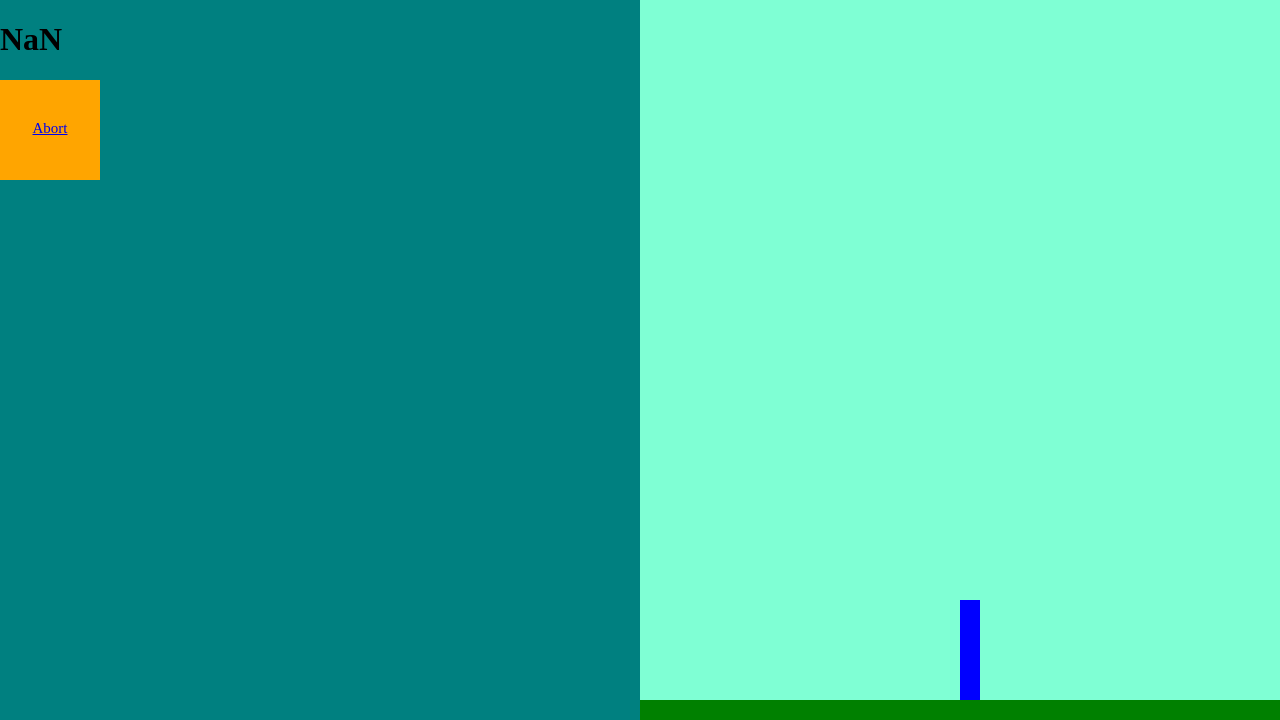
Repository: alcarrizo/Rocket-launch
Page: index.html
These files come from the project's save history. The page is drawn as it stood at one moment and after the next save; the edit follows.
The browser window is 1280 px wide. The pictures show the whole page.
After loading, the first visible `a.button` was clicked once.

Above is the page before, as saved 2022-10-19 21:24:47.

### index.html
<!DOCTYPE html>
<html lang="en">
<head>
    <meta charset="UTF-8">
    <meta http-equiv="X-UA-Compatible" content="IE=edge">
    <meta name="viewport" content="width=device-width, initial-scale=1.0">
    <title>Rocket Launch sequence</title>
    <script type="text/javascript" src="js/script.js"> </script>
    <link rel="stylesheet" href="css/style.css">
</head>
<body class="body-state1" id="body">
    <div class="left">
        <div class="state1">
            <h1>JS Rocket Launch!</h1>
            <a href="#" class="button" onclick="changeState(2);">Launch</a>
        </div>
        <div class="state2">
            <h1 class="countdown" id="countdown">10</h1>
            <a href="#" class="button" onclick="changeState(1);">Abort</a>
        </div>
        <div class="state3">
            <h1>Lift Off!</h1>
        </div>
        <div class="state4">
            <h1>Well done!</h1>
            <a href="#" class="button" onclick="changeState(1);">Do it again</a>
        </div>
        <div class="state5">
            <h1>Oh No!!!!</h1>
            <a href="#" class="button" onclick="changeState(1);">Try Again!</a>
        </div>
    </div>

    <div class="right">
        <div class="rocket" id="rocket"></div>
        <div class="ground"></div>
    </div>
</body>
</html>

### js/script.js
var countDown = function (i) {
    setTimeout(function () {
        i--
        document.getElementById("countdown").innerHTML = i;
    }, 1000)
    if (i >= 0) {
        countdowni
    }
}

var changeState = function (state) {
    bdy = document.getElementById("body")
    if (state == 1) {
        bdy.className = 'body-state1'
    }
    else if (state == 2) {
        bdy.className = 'body-state2'
        countDown()
        // for (let i = 10; i >= 0; i--) {
        //     setTimeout()
        //     document.getElementById("countdown").innerHTML = i;
        // }
    }
    else if (state == 3) {
        bdy.className = 'body-state3'
    }
    else if (state == 4) {
        bdy.className = 'body-state4'
    }
    else {
        bdy.className = 'body-state5'
    }
    // for (let i = 10; i >= 0; i--) {
    //     bdy.content = i;
    // }
    //document.getElementById('rocket').className = 'rocket flying';
}

### css/style.css
body {
    position: relative;
}

.left {
    position: fixed;
    box-sizing: border-box;
    width: 50%;
    height: 100%;
    top: 0;
    left: 0;
    background-color: teal;
}

.right {
    position: fixed;
    box-sizing: border-box;
    width: 50%;
    height: 100%;
    top: 0;
    right: 0;
    background-color: aquamarine;
}

.rocket {
    position: absolute;
    left: 50%;
    bottom: 20px;
    width: 20px;
    height: 100px;
    background-color: blue;
    transition: bottom 10s;

}

.rocket.flying {
    bottom: 1000px;
}


.ground {
    background-color: green;
    position: absolute;
    bottom: 0;
    left: 0;
    width: 100%;
    height: 20px;
}

a {}

a.button {
    display: block;
    box-sizing: border-box;
    text-align: center;
    padding-top: 40px;
    height: 100px;
    width: 100px;
    font-size: 15px;
    background-color: orange;

}

.state1,
.state2,
.state3,
.state4,
.state5 {
    display: none;
}

body.body-state1 .state1 {
    display: block;
}

body.body-state2 .state2 {
    display: block;
}

body.body-state3 .state3 {
    display: block;
}

body.body-state4 .state4 {
    display: block;
}

body.body-state5 .state5 {
    display: block;
}

After the next save:
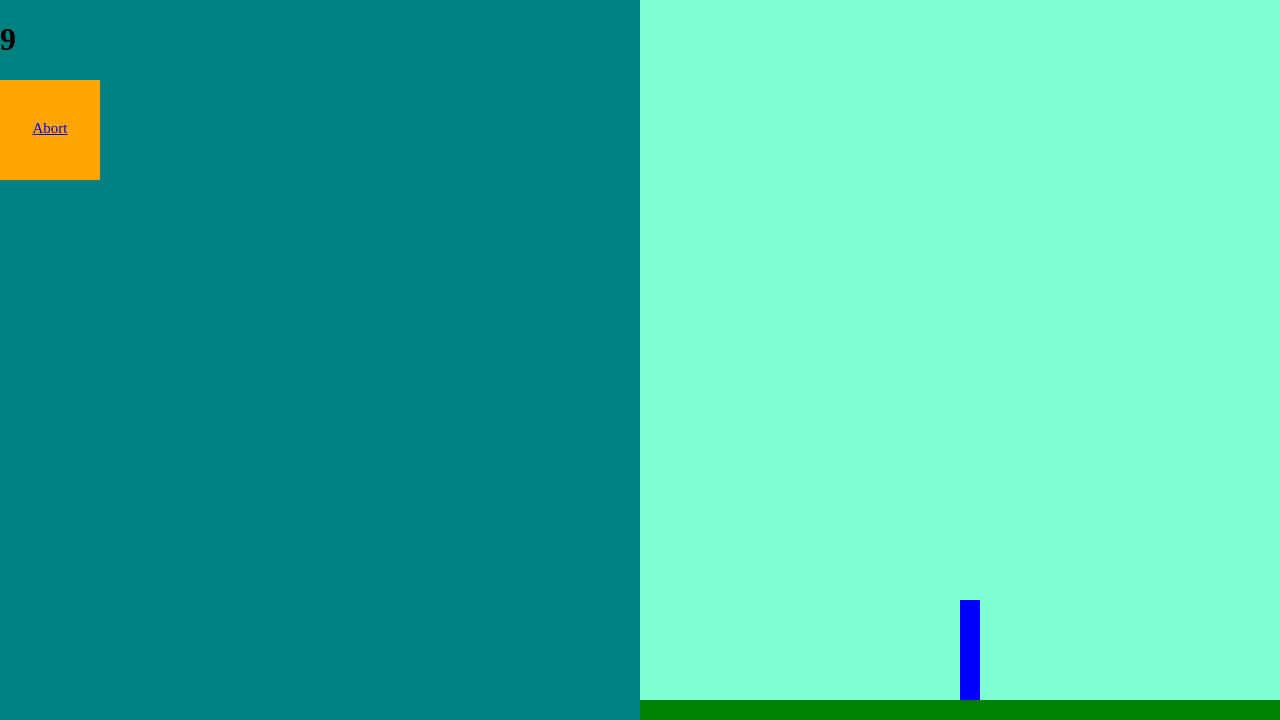
Console error: ReferenceError: countdowni is not defined
Saved 4 s later.
--- a/js/script.js
+++ b/js/script.js
@@ -15,7 +15,7 @@ var changeState = function (state) {
     }
     else if (state == 2) {
         bdy.className = 'body-state2'
-        countDown()
+        countDown(10)
         // for (let i = 10; i >= 0; i--) {
         //     setTimeout()
         //     document.getElementById("countdown").innerHTML = i;
